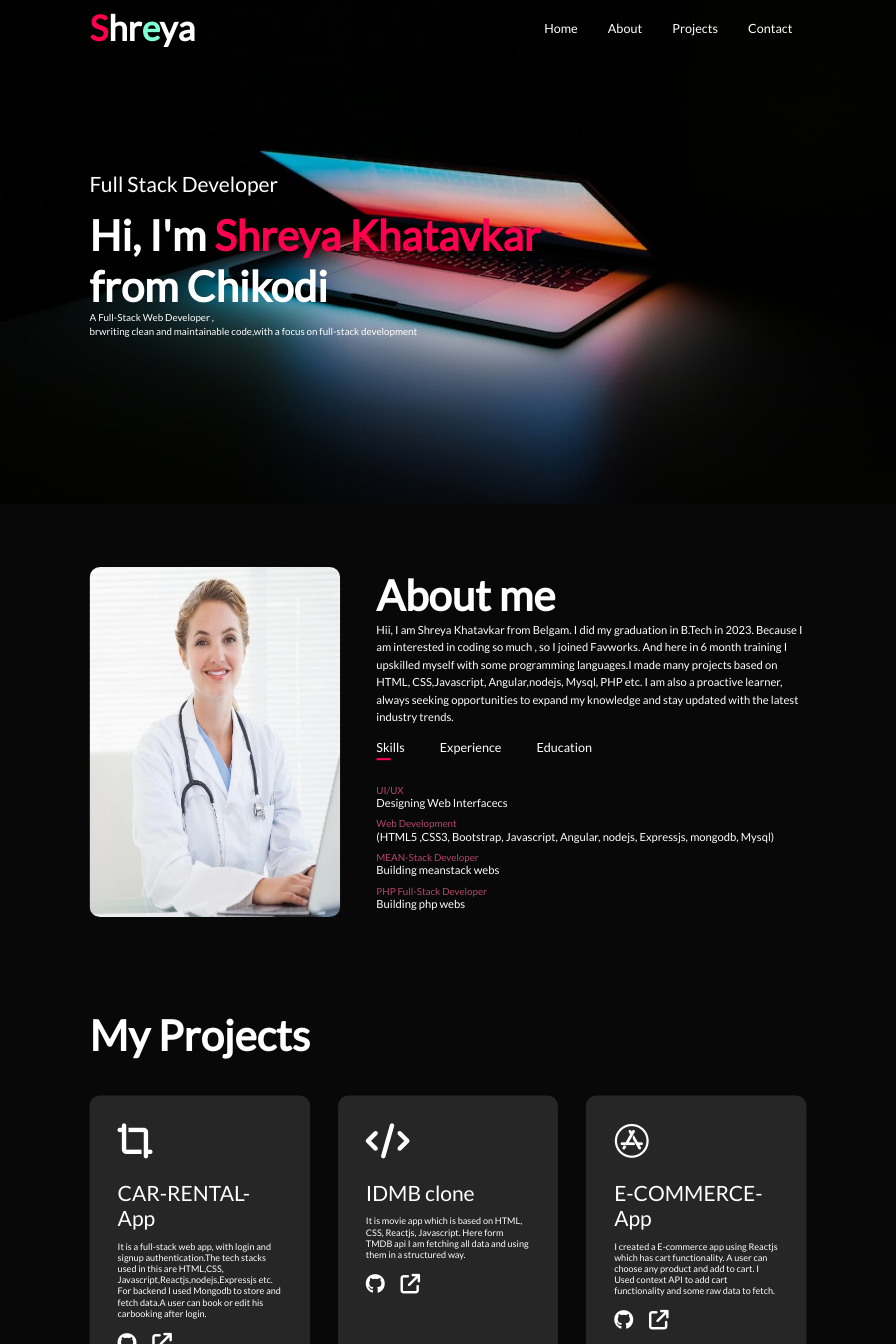
Repository: Shreya-0107/My-Portfoilo
Page: index.html
An editor plug-in stored every save of this project. The page is shown before and after the next save, followed by the edit.
The browser window is 1280 px wide. The pictures show the part of the page from y = 0 to 1920 px (the page is 3302 px tall), at 70% of full size.
Some web libraries are served in a nearby version.

Above is the page before, as saved 2024-05-03 13:08:18.

### index.html
<!DOCTYPE html>
<html lang="en">

<head>
    <meta charset="UTF-8" />
    <meta name="viewport" content="width=device-width, initial-scale=1.0" />
    <title>My Portfolio</title>
    <link rel="stylesheet" href="style.css" />
    <script src="https://kit.fontawesome.com/2d98b2752b.js" crossorigin="anonymous"></script>
</head>

<body>
    <!-- --------------header------------ -->
    <div id="header">
        <div class="container">
            <nav>
                <h1><span>S</span>hr<span style="color: aquamarine;">e</span>ya</h2>
                    <ul id="sideMenu">
                        <li><a href="#header">Home</a></li>
                        <li><a href="#about">About</a></li>
                        <li><a href="#services">Projects</a></li>
                        <li><a href="#contact">Contact</a></li>
                        <i class="fa-solid fa-circle-xmark" onclick="closeMenu()"></i>
                    </ul>
                    <i class="fa-solid fa-bars" onclick="openMenu()"></i>
            </nav>
            <div class="header-text">
                <p>Full Stack Developer</p>
                <h1>
                    Hi, I'm <span>Shreya Khatavkar</span><br />
                     from Chikodi
                </h1>
                <p style="font-size: 14px; line-height: 20px;">
                    A Full-Stack Web Developer , <br /> brwriting clean and maintainable
                    code,with a focus on full-stack development
                </p>
            </div>
        </div>
    </div>

    <!-- --------------about------------ -->
    <div id="about">
        <div class="container">
            <div class="row">
                <div class="about-col-1">
                    <img src="images/profile.jpg" alt="" />
                </div>
                <div class="about-col-2">
                    <h1 class="subtitle">About me</h1>
                    <p style="line-height: 25px;">
                        Hii, I am Shreya Khatavkar from Belgam. I did my graduation in B.Tech
                        in 2023. Because I am interested in coding so much , so I joined
                        Favworks. And here in 6 month training I upskilled myself with
                        some programming languages.I made many projects based on HTML,
                        CSS,Javascript, Angular,nodejs, Mysql, PHP etc. I am also a proactive learner,
                        always seeking opportunities to expand my knowledge and stay
                        updated with the latest industry trends.
                    </p>

                    <div class="tab-titles">
                        <p class="tab-links active-link" onclick="opentab('skills')">
                            Skills
                        </p>
                        <p class="tab-links" onclick="opentab('Experience')">
                            Experience
                        </p>
                        <p class="tab-links" onclick="opentab('Education')">Education</p>
                    </div>

                    <div class="tab-contents active-tab" id="skills">
                        <ul>
                            <li><span>UI/UX</span><br />Designing Web Interfacecs</li>
                            <li>
                                <span>Web Development</span><br />
                                (HTML5 ,CSS3, Bootstrap, Javascript, Angular, nodejs, Expressjs,
                                mongodb, Mysql)
                            </li>
                            <li>
                                <span>MEAN-Stack Developer</span><br />Building meanstack webs
                            </li>
                            <li>
                                <span>PHP Full-Stack Developer</span><br />Building php webs
                            </li>
                        </ul>
                    </div>
                    <div class="tab-contents" id="Experience">
                        <ul>
                            <li>
                                <span>MEAN Trainee</span><br />
                                Favworks
                            </li>
                            <li><span>0 Experience</span><br />I am a Fresher</li>
                        </ul>
                    </div>
                    <div class="tab-contents" id="Education">
                        <ul>
                            <li>
                                <span>2023-2024</span><br />Web Development at Favworks
                            </li>
                            <li>
                                <span>2019-2022</span><br />B.Tech. from Lorem ipsum dolor sit amet.
                                with 80%
                            </li>
                            <li>
                                <span>2019</span><br />
                                Passed Intermediate exams with 92%
                            </li>
                        </ul>
                    </div>
                </div>
            </div>
        </div>
    </div>

    <!-- -------------------services-------------- -->
    <div id="services">
        <div class="container">
            <h1 class="subtitle">My Projects</h1>
            <div class="services-list">
                <div>
                    <i class="fa-solid fa-crop-simple"></i>
                    <h2>CAR-RENTAL-App</h2>
                    <p>
                        It is a full-stack web app, with login and signup
                        authentication.The tech stacks used in this are HTML,CSS,
                        Javascript,Reactjs,nodejs,Expressjs etc. For backend I used
                        Mongodb to store and fetch data.A user can book or edit his
                        carbooking after login.
                    </p>
                    <a href="/" target="_blank"><i class="fa-brands fa-github"></i></a>
                    <a href="/" target="_blank"><i class="fa-solid fa-arrow-up-right-from-square"></i></a>
                </div>
                <div>
                    <i class="fa-solid fa-code"></i>
                    <h2>IDMB clone</h2>
                    <p>
                        It is movie app which is based on HTML, CSS, Reactjs, Javascript.
                        Here form TMDB api I am fetching all data and using them in a
                        structured way.
                    </p>
                    <a href="/" target="_blank"><i class="fa-brands fa-github"></i></a>
                    <a href="/" target="_blank"><i class="fa-solid fa-arrow-up-right-from-square"></i></a>
                </div>

                <div>
                    <i class="fa-brands fa-app-store"></i>
                    <h2>E-COMMERCE-App</h2>
                    <p>
                        I created a E-commerce app using Reactjs which has cart
                        functionality. A user can choose any product and add to cart. I
                        Used context API to add cart functionality and some raw data to
                        fetch.
                    </p>
                    <a href="/" target="_blank"><i class="fa-brands fa-github"></i></a>
                    <a href="/" target="_blank"><i class="fa-solid fa-arrow-up-right-from-square"></i></a>
                </div>
            </div>
        </div>
    </div>

    <!-- ------------------Portfolio------------------ -->
    <div id="portfolio">
        <div class="container">
            <h1 class="subtitle">Other Projects</h1>
            <div class="worklist">
                <div class="work">
                    <img src="images/work-1.png" alt="" />
                    <div class="layer">
                        <h3>Online Food app</h3>
                        <p>
                            It is a simple HTML CSS Project. I just made UI for this.
                        </p>
                        <a href="/"><i class="fa-brands fa-github"></i></a>
                    </div>
                </div>
                <div class="work">
                    <img src="images/work-2.png" alt="" />
                    <div class="layer">
                        <h3>Image-Search-app</h3>
                        <p>
                            In this app I used Reactjs. Using useEffect and fetch api We can search and see any image.
                        </p>
                        <a href="/"><i class="fa-brands fa-github"></i></a>
                    </div>
                </div>
                <div class="work">
                    <img src="images/work-3.png" alt="" />
                    <div class="layer">
                        <h3>Spotify clone</h3>
                        <p>
                            It is a Spotify clone. Here I used HTML, CSS and Javascript with previous and next
                            functionality. we can play any music.
                        </p>
                        <a href="/"><i class="fa-brands fa-github"></i>
                        </a>
                    </div>
                </div>
            </div>
            <a href="#" class="btn">See more</a>
        </div>
    </div>

    <!-- ------------------contact--------------------- -->
    <div id="contact">
        <div class="container">
            <div class="row">
                <div class="contact-left">
                    <h1 class="subtitle">Contact Me</h1>
                    <p>
                        <i class="fa-solid fa-envelope"></i> &nbsp;
                        &nbsp;khatavkarshreya147@gmail.com
                    </p>
                    <p>
                        <i class="fa-solid fa-square-phone"></i> &nbsp; &nbsp; +91 - 9980466144
                    </p>
                    <div class="social-icons">
                        <a href="/" target="_blank"><i class="fa-brands fa-facebook"></i></a>
                        <a href="/" target="_blank"><i class="fa-brands fa-github"></i></a>
                        <a href="/" target="_blank"><i class="fa-brands fa-instagram"></i></a>
                        <a href="/" target="_blank"><i class="fa-brands fa-linkedin-in"></i></a>
                    </div>
                    <a href="images/Parul_V1.pdf" download class="btn btn2">Download CV</a>
                </div>
                <div class="contact-right">
                    <form name="submit-to-google-sheet">
                        <input type="text" name="name" placeholder="Your Name" required />
                        <input type="email" name="email" placeholder="Your Email Id" required />
                        <textarea name="message" rows="6" placeholder="Your message"></textarea>
                        <button type="submit" class="btn btn2">Submit</button>
                    </form>
                    <span id="msg"></span>
                </div>
            </div>
        </div>
    </div>

    <script src="script.js"></script>
</body>

</html>

### style.css
@import url("https://fonts.googleapis.com/css2?family=Lato&display=swap");
* {
  padding: 0;
  margin: 0;
  box-sizing: border-box;
}
html {
  scroll-behavior: smooth;
}
body {
  background-color: #080808;
  color: #fff;
  font-family: "Lato", sans-serif;
}
#header {
  width: 100%;
  height: 100vh;
  background-image: url(images/bg.jpg);
  background-size: cover;
  background-position: center;
}
.container {
  padding: 10px 10%;
}
nav {
  display: flex;
  justify-content: space-between;
  align-items: center;
  flex-wrap: wrap;
}
nav h1 {
  font-size: 50px;
}
nav h1 span {
  color: #ff004f;
}
nav ul li {
  display: inline-block;
  list-style: none;
  margin: 10px 20px;
}
nav ul li a {
  text-decoration: none;
  color: white;
  font-size: 18px;
  position: relative;
}
nav ul li a::after {
  content: "";
  width: 0;
  height: 3px;
  position: absolute;
  left: 0;
  bottom: -6px;
  background: #ff004f;
  transition: 0.5s;
}
nav ul li a:hover::after {
  width: 100%;
}
.header-text {
  font-size: 30px;
  margin-top: 17%;
}
.header-text h1 {
  font-size: 60px;
  margin-top: 20px;
}
.header-text h1 span {
  color: #ff004f;
}

/* ---------------about-------------- */
#about {
  padding: 80px 0;
}
.row {
  display: flex;
  justify-content: space-between;
  align-items: center;
}
.about-col-1 {
  flex-basis: 35%; /*width*/
}
.about-col-1 img {
  width: 100%;
  border-radius: 15px;
  height: 500px;
}
.about-col-2 {
  flex-basis: 60%; /* total 95% means 5% for space btw them*/
}
.subtitle {
  font-size: 60px;
  color: white;
  font-weight: 600;
}

.tab-titles {
  display: flex;
  margin: 20px 0px 40px;
}
.tab-links {
  margin-right: 50px;
  font-size: 18px;
  font-weight: 500;
  cursor: pointer;
  position: relative;
}
.tab-links::after {
  content: "";
  width: 0;
  height: 3px;
  position: absolute;
  background: #ff004f;
  left: 0;
  bottom: -8px;
  transition: 0.5s;
}
.tab-links.active-link::after {
  width: 50%;
}
.tab-contents ul li {
  list-style: none;
  margin: 10px 0;
}
.tab-contents ul li span {
  color: #b54769;
  font-size: 14px;
}
.tab-contents {
  display: none;
}

.tab-contents.active-tab {
  display: block;
}

/* -------------Services--------------- */
#services {
  padding: 30px 0;
}
.services-list {
  display: grid;
  grid-template-columns: repeat(auto-fit, minmax(250px, 1fr));
  grid-gap: 40px;
  margin-top: 50px;
}
.services-list div {
  padding: 40px;
  background-color: #262626;
  font-size: 13px;
  font-weight: 300;
  border-radius: 15px;
  transition: background 0.5s, transform 0.5s;
}
.services-list div i {
  font-size: 50px;
  margin-bottom: 30px;
}
.services-list div h2 {
  font-size: 30px;
  font-weight: 500;
  margin-bottom: 15px;
}
.services-list div a {
  text-decoration: none;
  color: white;
  font-size: 8px;
  margin-top: 20px;
  margin-right: 20px;
  display: inline-block;
}

.services-list div:hover {
  background: #ff004f;
  transform: translateY(-10px);
}
.services-list div a i {
  font-size: 28px;
}
/* -----------------Portfolio----------------- */
#portfolio {
  padding: 50px 0;
}
.worklist {
  display: grid;
  grid-template-columns: repeat(auto-fit, minmax(250px, 1fr));
  grid-gap: 40px;
  margin-top: 50px;
}
.work {
  position: relative;
  overflow: hidden;
  border-radius: 10px;
}
.work img {
  width: 100%;
  border-radius: 10px;
  display: block;
  transition: transform 0.5s;
}
.layer {
  height: 0;
  width: 100%;
  background: linear-gradient(rgb(0, 0, 0, 0.6), #ff004f);
  border-radius: 10px;
  position: absolute;
  left: 0;
  bottom: 0;
  overflow: hidden;
  display: flex;
  align-items: center;
  justify-content: center;
  flex-direction: column;
  padding: 0 40px;
  text-align: center;
  font-size: 14px;
  transition: height 0.5s;
}
.layer h3 {
  font-weight: 500;
  margin-bottom: 20px;
}
.layer a {
  margin-top: 20px;
  color: #ff004f;
  font-size: 18px;
  line-height: 60px;
  text-decoration: none;
  background-color: #fff;
  width: 60px;
  height: 60px;
  border-radius: 50%;
  text-align: center;
}
.work:hover img {
  transform: scale(1.1);
}
.work:hover .layer {
  height: 100%;
}
.btn {
  display: block;
  margin: 50px auto;
  padding: 14px 50px;
  width: fit-content;
  border: 1px solid #ff004f;
  border-radius: 6px;
  color: white;
  text-decoration: none;
  transition: background 0.5s;
}
.btn:hover {
  background-color: #ff004f;
}

/* ----------------contact------------- */

.contact-left {
  flex-basis: 35%;
}

.contact-right {
  flex-basis: 50%;
}
.contact-left p {
  margin-top: 30px;
}
.contact-left p i {
  font-size: 20px;
  color: #ff004f;
  margin-right: 10px;
}
.social-icons {
  margin-top: 30px;
  display: flex;
  gap: 20px;
}
.social-icons a {
  text-decoration: none;
  color: #ababab;
  margin-right: 15px;
  font-size: 25px;
  transition: transform 0.5s;
}
.social-icons a:hover {
  color: #ff004f;
  transform: translateY(-5px);
}
.btn.btn2 {
  display: inline-block;
  background: #ff004f;
  width: 100%;
}
.contact-right form {
  width: 100%;
}
.contact-right input,
form textarea {
  width: 100%;
  border: 0;
  outline: none;
  background: #262626;
  padding: 15px;
  margin: 15px 0;
  color: white;
  font-size: 18px;
  border-radius: 6px;
}
form .btn2 {
  padding: 14px 60px;
  margin-top: 20px;
  font-size: 18px;
  cursor: pointer;
}

/* ----------------css for small screens--------------- */
nav .fa-circle-xmark {
  display: none;
}
nav .fa-bars {
  display: none;
}

@media only screen and (max-width: 600px) {
  #header {
    background-image: url(images/phone-background.png);
  }
  .header-text {
    margin-top: 100%;
    font-size: 18px;
  }
  .header-text h1 {
    font-size: 30px;
  }
  nav .fa-circle-xmark {
    display: block;
    font-size: 25px;
  }
  nav .fa-bars {
    display: block;
    font-size: 25px;
  }
  nav ul {
    position: fixed;
    background: #ff004f;
    top: 0;
    right: -200px;
    height: 100vh;
    width: 200px;
    padding-top: 50px;
    z-index: 2;
    transition: right 0.6s;
  }
  nav ul li {
    display: block;
    margin: 25px;
  }
  nav ul .fa-circle-xmark {
    position: absolute;
    top: 25px;
    left: 25px;
    cursor: pointer;
  }
  .about-col-1,
  .about-col-2 {
    flex-basis: 100%;
  }
  .subtitle {
    font-size: 40px;
  }
  .about-col-1 {
    margin-bottom: 30px;
  }
  .row {
    display: flex;
    flex-direction: column;
  }
  .about-col-1 img {
    width: 100%;
    display: block;
  }

  .about-col-2 {
    font-size: 14px;
  }
  .tab-links {
    font-size: 16px;
    margin-right: 20px;
  }
  .contact-left,
  .contact-right {
    flex-basis: 100%;
  }
}
#msg {
  color: #61b752;
  margin-top: -40px;
  display: block;
}

### script.js
let tablinks = document.getElementsByClassName("tab-links");
let tabcontents = document.getElementsByClassName("tab-contents");
function opentab(tab) {
  for (tablink of tablinks) {
    tablink.classList.remove("active-link");
  }
  for (tabcontent of tabcontents) {
    tabcontent.classList.remove("active-tab");
  }
  event.currentTarget.classList.add("active-link");
  document.getElementById(tab).classList.add("active-tab");
}

// handling menu bar
let sideMenu = document.getElementById("sideMenu");
function closeMenu() {
  sideMenu.style.right = "-200px";
}
function openMenu() {
  sideMenu.style.right = "0";
}

const scriptURL =
  "https://script.google.com/macros/s/AKfycbxMTOxEiFjc0hUrgWN9mQ-5n47-T5l_UMVKfV8-yn7yE-N2vm1oDMacEvlSgU707DB62A/exec";
const form = document.forms["submit-to-google-sheet"];
const msg = document.getElementById("msg");

form.addEventListener("submit", (e) => {
  e.preventDefault();
  fetch(scriptURL, { method: "POST", body: new FormData(form) })
    .then((response) => {
      msg.innerHTML = "Message sent successfully";
      setTimeout(() => {
        msg.innerHTML = "";
      }, 5000);
      form.reset();
    })
    .catch((error) => console.error("Error!", error.message));
});

After the next save:
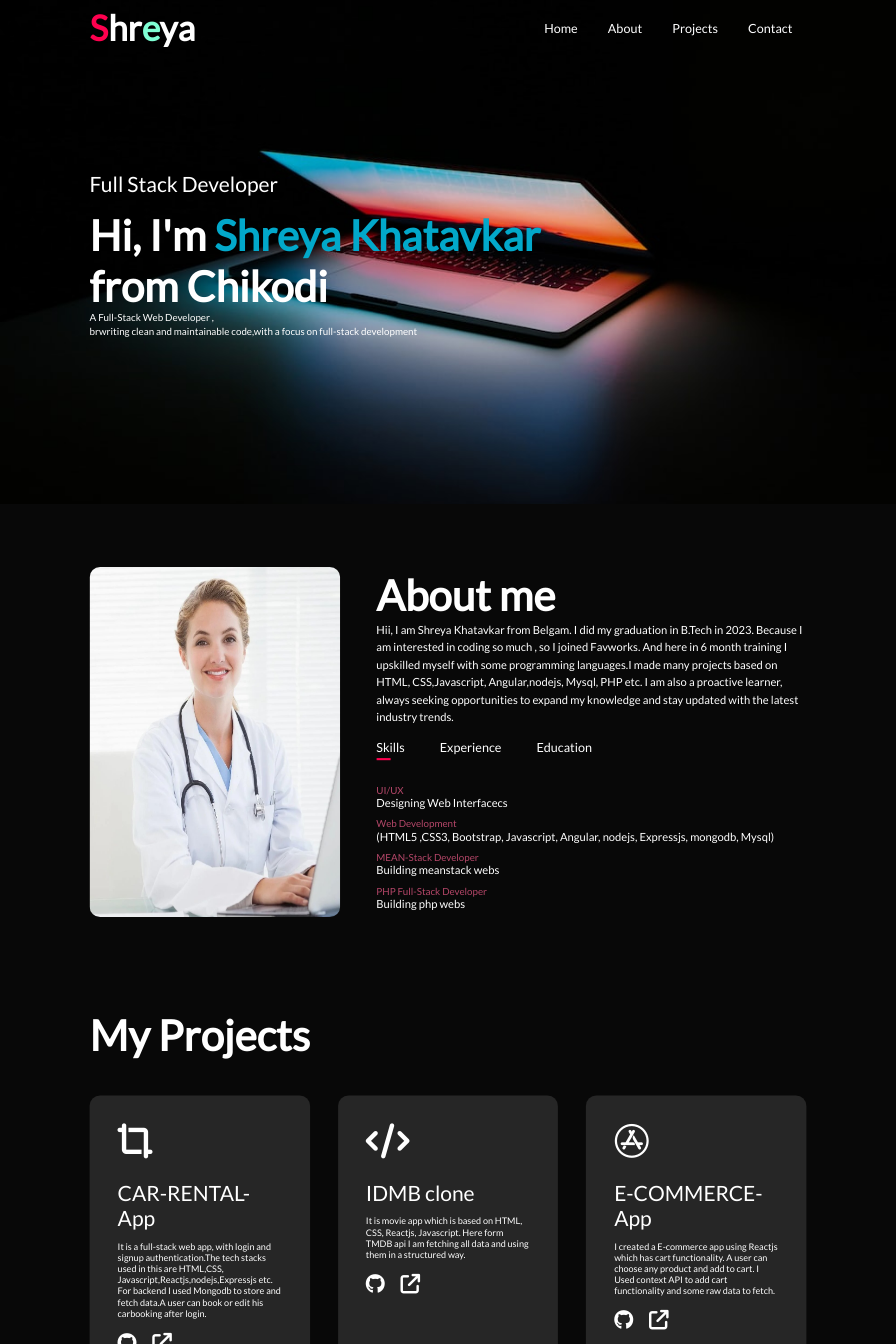
Saved 30 s later.
--- a/style.css
+++ b/style.css
@@ -67,7 +67,7 @@ nav ul li a:hover::after {
   margin-top: 20px;
 }
 .header-text h1 span {
-  color: #ff004f;
+  color: #02A8CA;
 }
 
 /* ---------------about-------------- */
